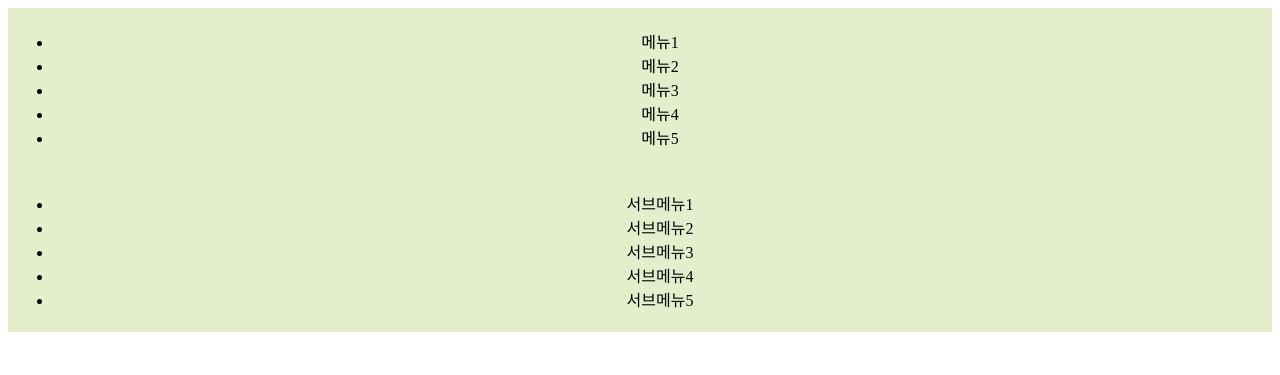
Repository: Ahn-jeong/javabasic
Page: 1.BasicJava/workspace/basic/WebContent/1024/기본슬라이드.html
An editor plug-in stored every save of this project. The page is shown before and after the next save, followed by the edit.
The browser window is 1280 px wide. The pictures show the whole page.

Above is the page before, as saved 2019-10-24 04:42:49.

After the next save:
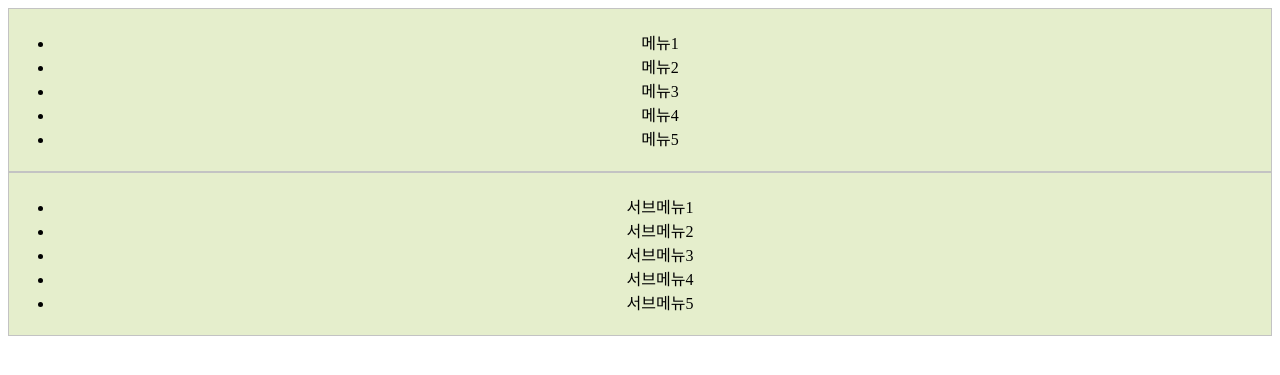
Saved 13 s later.
--- a/1.BasicJava/workspace/basic/WebContent/1024/기본슬라이드.html
+++ b/1.BasicJava/workspace/basic/WebContent/1024/기본슬라이드.html
@@ -9,6 +9,7 @@
 			text-align: center;
 			padding : 5px;
 			background-color: #e5eecc;
+			border: 1px solid #c3c3c3;
 		}
 	</style>
 	<body>
